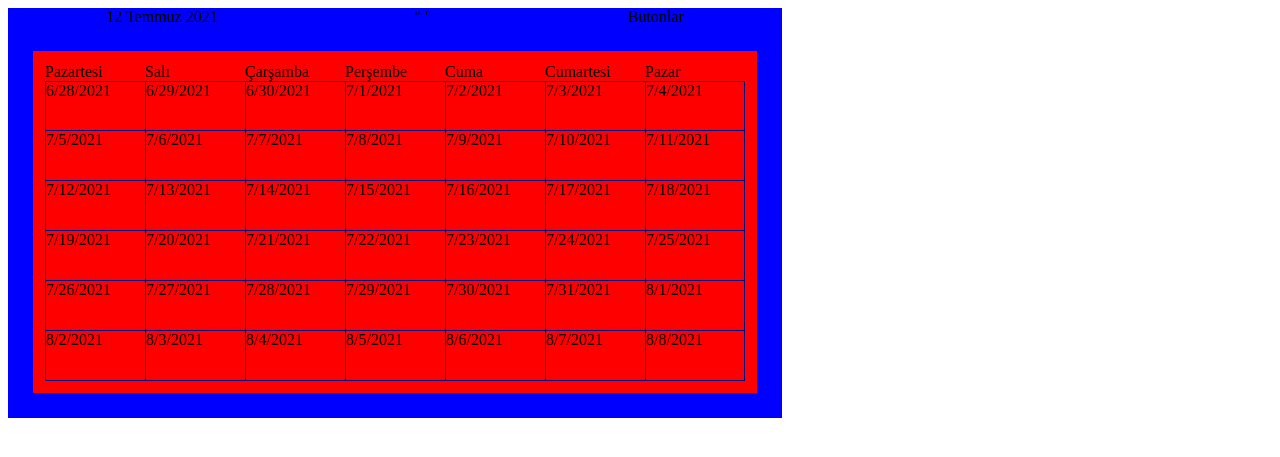
Repository: ahmetbugraozcan/javascript-calendar
Page: tablo.html
An editor plug-in stored every save of this project. The page is shown before and after the next save, followed by the edit.
The browser window is 1280 px wide. The pictures show the whole page.

Above is the page before, as saved 2021-07-13 09:11:14.

### tablo.html
<!DOCTYPE html>
<html lang="en">

<head>
    <meta charset="UTF-8">
    <meta http-equiv="X-UA-Compatible" content="IE=edge">
    <meta name="viewport" content="width=device-width, initial-scale=1.0">
    <title>Document</title>
</head>
<!--pazartesi salı çarş... için arrayler oluştur. arraylere göre günleri yerleştir.-->
<style>
    * {
        box-sizing: border-box;
    }

    .cell-last {
        border-right: 1px solid navy;

    }

    .cell-top {
        border-top: 1px solid navy;
    }

    /* her hücre*/
    .cell,
    .cell-top,
    .cell-last {
        text-overflow: clip;
        white-space: nowrap;
        overflow: hidden;
        border-bottom: 1px solid navy;
        border-left: 1px solid navy;
        width: 100px;
        height: 50px;
    }


    /*tablonun kendisi*/
    .calendar {
        margin: 25px;
        padding: 12px;
        display: flex;
        width: fit-content;
        background-color: red;
    }


    .container {
        background-color: blue;
        display: flex;
        width: fit-content;
        flex-direction: column;
    }

    .test {
        display: flex;
        justify-content: space-around;
    }
</style>

<body>

    <div class="container">

        <div class="test">
            <span id="currentDate">12 Temmuz 2021</span>
            <span id="firstDate">" "</span>
            <span>Butonlar</span>
        </div>
        <div class="calendar">
            <div>
                <div>Pazartesi</div>
                <div class="cell-top" id="pazartesi0">1</div>
                <div class="cell" id="pazartesi1">1</div>
                <div class="cell" id="pazartesi2">1</div>
                <div class="cell" id="pazartesi3">1</div>
                <div class="cell" id="pazartesi4">1</div>
                <div class="cell" id="pazartesi5">1</div>
            </div>
            <div>
                <div>Salı</div>
                <div class="cell-top" id="sali0">1</div>
                <div class="cell" id="sali1">1</div>
                <div class="cell" id="sali2">1</div>
                <div class="cell" id="sali3">1</div>
                <div class="cell" id="sali4">1</div>
                <div class="cell" id="sali5">1</div>
            </div>
            <div>
                <div>Çarşamba</div>
                <div class="cell-top" id="carsamba0">1</div>
                <div class="cell" id="carsamba1">1</div>
                <div id="carsamba2" class="cell">1</div>
                <div id="carsamba3" class="cell">1</div>
                <div id="carsamba4" class="cell">1</div>
                <div id="carsamba5" class="cell">1</div>
            </div>
            <div>
                <div>Perşembe</div>
                <div class="cell-top" id="persembe0">1</div>
                <div class="cell" id="persembe1">1</div>
                <div id="persembe2" class="cell">1</div>
                <div id="persembe3" class="cell">1</div>
                <div id="persembe4" class="cell">1</div>
                <div id="persembe5" class="cell">1</div>
            </div>
            <div>
                <div>Cuma</div>
                <div class="cell-top" id="cuma0">1</div>
                <div class="cell" id="cuma1">1</div>
                <div id="cuma2" class="cell">1</div>
                <div id="cuma3" class="cell">1</div>
                <div id="cuma4" class="cell">1</div>
                <div id="cuma5" class="cell">1</div>
            </div>
            <div>
                <div>Cumartesi</div>
                <div class="cell-top" id="cumartesi0">1</div>
                <div class="cell" id="cumartesi1">1</div>
                <div class="cell" id="cumartesi2">1</div>
                <div class="cell" id="cumartesi3">1</div>
                <div class="cell" id="cumartesi4">1</div>
                <div class="cell" id="cumartesi5">1</div>

            </div>
            <div>
                <div>Pazar</div>
                <div id="pazar0" class="cell-top" style="border-right: 1px solid navy;">1</div>
                <div id="pazar1" class="cell-last">1</div>
                <div id="pazar2" class="cell-last">1</div>
                <div id="pazar3" class="cell-last">1</div>
                <div id="pazar4" class="cell-last">1</div>
                <div id="pazar5" class="cell-last">1</div>
            </div>
        </div>
    </div>
    <script>
        function daysInMonth(month, year) {
            return new Date(year, month, 0).getDate();
        }
        const pazartesi = [];
        const sali = [];
        const carsamba = [];
        const persembe = [];
        const cuma = [];
        const cumartesi = [];
        const pazar = [];
        const gunler = ["pazar", "pazartesi", "sali", "carsamba", "persembe", "cuma", "cumartesi"];




        var baslanacakDate = new Date(2021,6,1);
        var firstDate = baslanacakDate.getDay();
        if(firstDate == 0){
            firstDate = 7;
        }
        baslanacakDate.setDate((baslanacakDate.getDate())- (firstDate) );
        var date = new Date();
        console.log("başlanacak date : " + baslanacakDate);
        console.log("bugün : " + date );

        for (let i = 1; i <= 42; i++) {
            baslanacakDate.setDate((baslanacakDate.getDate())+(1));
             // bir tabloda 42 gün var o ayın kaç çektiğini bul bu aydan geriye kaç sayacağız ona bul bu aydan ileri kaç sayacağız onu bul ve ona göre bir date oluştur.
            //ardından bu for döngüsünü kullan


            switch (baslanacakDate.getDay()) {
                case 0:
                    pazar.push(baslanacakDate.toLocaleDateString());

                    break;
                case 1:
                    pazartesi.push(baslanacakDate.toLocaleDateString()); break;
                case 2:
                    sali.push(baslanacakDate.toLocaleDateString()); break;
                case 3:
                    carsamba.push(baslanacakDate.toLocaleDateString()); break;

                case 4:
                    persembe.push(baslanacakDate.toLocaleDateString()); break;

                case 5:
                    cuma.push(baslanacakDate.toLocaleDateString()); break;

                case 6:
                    cumartesi.push(baslanacakDate.toLocaleDateString()); break;
            }
        }
        for (let i = 0; i < 6; i++) {
            document.getElementById(`pazar${i}`).innerHTML = pazar[i];
            document.getElementById(`pazartesi${i}`).innerHTML = pazartesi[i];
            document.getElementById(`sali${i}`).innerHTML = sali[i];
            document.getElementById(`carsamba${i}`).innerHTML = carsamba[i];
            document.getElementById(`persembe${i}`).innerHTML = persembe[i];
            document.getElementById(`cuma${i}`).innerHTML = cuma[i];
            document.getElementById(`cumartesi${i}`).innerHTML = cumartesi[i];
        }

        // var firstDayOfMonth = date.getDay();
        // var firstDay = gunler[firstDayOfMonth];




        //dateler seçimden gelecek şimdilik elle veriyorum
        // var date = new Date(2021, 5, 1);
        // //o ayın ilk gün değerini tutan değişken.
        // var firstDayOfMonth = date.getDay();
        // let sayac = 0;
        // for (let i = 0; i < 6; i++){
        //     if(i==0){
        //        < var result = gunler.indexOf("pazartesi") - (firstDayOfMonth);>
        //     if(result < 0){
        //         pazartesi[i] = daysInMonth(2021,6) + result;
        //         document.getElementById(`pazartesi${i}`).innerHTML = pazartesi[i];
        //     }else{
        //             pazartesi[i] = result;

        //         document.getElementById(`pazartesi${i}`).innerHTML = pazartesi[i];
        //     }
        //     }else{
        //         var result = pazartesi[i-1] + 7;
        //         if(result > daysInMonth(6,2021)){

        //             if(sayac>=1){
        //                 pazartesi[i] =  result- daysInMonth(6+sayac,2021) ;
        //             }else{
        //                 pazartesi[i] =  result- daysInMonth(6,2021) ;
        //             }
        //             sayac++;
        //             document.getElementById(`pazartesi${i}`).innerHTML = pazartesi[i];
        //         }else{
        //             pazartesi[i] = pazartesi[i-1] + 7;
        //             document.getElementById(`pazartesi${i}`).innerHTML = pazartesi[i];
        //         }
        //     }
        // }



        // setDatesInCalendar("pazartesi");
        // setDatesInCalendar("sali");
        // setDatesInCalendar("carsamba");
        // setDatesInCalendar("persembe");
        // setDatesInCalendar("cuma");
        // setDatesInCalendar("cumartesi");
        // setDatesInCalendar("pazar");

        // function setDatesInCalendar(day) {
        //     let array = [];
        //     switch (day) {
        //         case "pazartesi":
        //             array = pazartesi;
        //             break;
        //         case "sali":
        //             array = sali;
        //             break;
        //         case "carsamba":
        //             array = carsamba;
        //             break;
        //         case "persembe":
        //             array = persembe;
        //             break;
        //         case "cuma":
        //             array = cuma;
        //             break;
        //         case "cumartesi":
        //             array = cumartesi;
        //             break;
        //         case "pazar":
        //             array = pazar;
        //             break;
        //         default:
        //             break;
        //     }
        //     var date = new Date(2021, 6, 1);
        //     document.getElementById("firstDate").innerHTML = date.toLocaleDateString();
        //     //o ayın ilk gün değerini tutan değişken.
        //     var firstDayOfMonth = date.getDay();
        //     let sayac = 0;
        //     for (let i = 0; i < 6; i++) {
        //         if (i == 0) {
        //             var result = gunler.indexOf(`${day}`) - (firstDayOfMonth);
        //             if (result < 0) {
        //                 array[i] = daysInMonth(7,2021) + result;
        //                 document.getElementById(`${day}${i}`).innerHTML = array[i];
        //             } else {
        //                 array[i] = result;
        //                 document.getElementById(`${day}${i}`).innerHTML = array[i];
        //             }
        //         } else {
        //             var result = array[i - 1] + 7;
        //             if (result > daysInMonth(7, 2021)) {
        //                 if (sayac >= 1) {
        //                     //bir sonraki aya göre hesaplar
        //                     array[i] = result - daysInMonth(7+ sayac, 2021);
        //                 } else {
        //                     array[i] = result - daysInMonth(7, 2021);
        //                 }
        //                 sayac++;
        //                 document.getElementById(`${day}${i}`).innerHTML = array[i];
        //             } else {
        //                 array[i] = array[i - 1] + 7;
        //                 document.getElementById(`${day}${i}`).innerHTML = array[i];
        //             }
        //         }
        //     }

        // }
    </script>

    <!-- <script>
        var weekday = new Array(7);

        const pazartesi = [];
        const sali = [];
        const carsamba = [];
        const persembe = [];
        const cuma = [];
        const cumartesi = [];
        const pazar = [];
        //-------------------------
        weekday[0] = "Pazar";
        weekday[1] = "Pazartesi";
        weekday[2] = "Salı";
        weekday[3] = "Çarşamba";
        weekday[4] = "Perşembe";
        weekday[5] = "Cuma";
        weekday[6] = "Cumartesi";
        //-------------------------

        var currentDate = new Date();
        document.getElementById("currentDate").innerHTML = currentDate.toLocaleDateString();
        var firstDayOfMonth = new Date(2021, 6, 1).getDay();
        console.log(firstDayOfMonth);
        switch(weekday[firstDayOfMonth]){
            case weekday[0]:
                pazar.push(1);
                document.getElementById("pazar1").innerHTML =1;
                pazartesi.push(2);
                document.getElementById("pazartesi1").innerHTML =2;
                sali.push(3);
                document.getElementById("sali1").innerHTML =3;
                carsamba.push(4);
                document.getElementById("carsamba1").innerHTML =4;
                persembe.push(5)
                document.getElementById("persembe1").innerHTML =5;
                cuma.push(6);
                document.getElementById("cuma1").innerHTML =6;
                cumartesi.push(7);
                document.getElementById("cumartesi1").innerHTML =7;

                console.log("Pazar");
            case weekday[1]:
                console.log("Pazartesi");
            case weekday[2]:
                console.log("Salı");
            case weekday[3]:
                console.log("Çarşamba");
            case weekday[4]:
                console.log("Perşembe");
                pazar.push(1);
                document.getElementById("persembe1").innerHTML =1;
                pazartesi.push(2);
                document.getElementById("cuma1").innerHTML =2;
                sali.push(3)
                document.getElementById("cumartesi1").innerHTML =3;
                carsamba.push(4);
                document.getElementById("pazar1").innerHTML =4;
                persembe.push(5)
                document.getElementById("pazartesi2").innerHTML =5;
                cuma.push(6);
                document.getElementById("sali2").innerHTML =6;
                cumartesi.push(7);
                document.getElementById("carsamba2").innerHTML =7;

            case weekday[5]:
                console.log("Cuma");
            case weekday[6]:
                console.log("Cumartesi");
            default:
                console.log("Default + " +  weekday[firstDayOfMonth]);


        }


        // document.getElementById("firstDate").innerHTML = weekday[firstDayOfMonth.getDay()];
    </script> -->
</body>

</html>

After the next save:
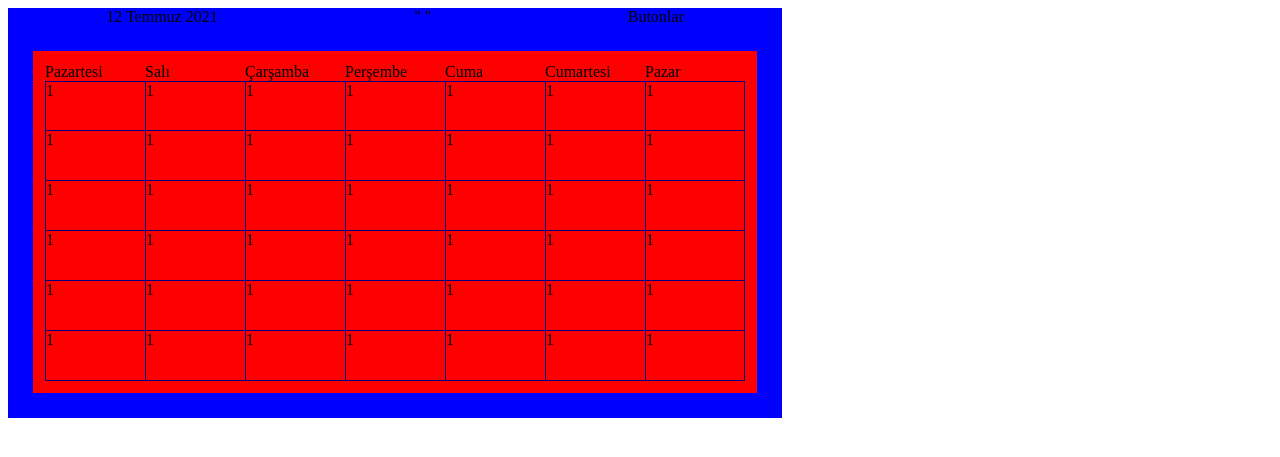
Console error: ReferenceError: Day is not defined
Saved 5 min 29 s later.
--- a/tablo.html
+++ b/tablo.html
@@ -157,15 +157,18 @@
             firstDate = 7;
         }
         baslanacakDate.setDate((baslanacakDate.getDate())- (firstDate) );
-        var date = new Date();
-        console.log("başlanacak date : " + baslanacakDate);
-        console.log("bugün : " + date );
+        var today = new Date();
+        var dateWithOutTime = new Day(date.getFullYear(), date.getMonth(), date.getDate());
+
+
 
         for (let i = 1; i <= 42; i++) {
             baslanacakDate.setDate((baslanacakDate.getDate())+(1));
              // bir tabloda 42 gün var o ayın kaç çektiğini bul bu aydan geriye kaç sayacağız ona bul bu aydan ileri kaç sayacağız onu bul ve ona göre bir date oluştur.
             //ardından bu for döngüsünü kullan
-
+            if(today == dateWithOutTime){
+                console.log("bugün eşitlendi : " + i);
+            }
 
             switch (baslanacakDate.getDay()) {
                 case 0:

After the 3 saves that followed:
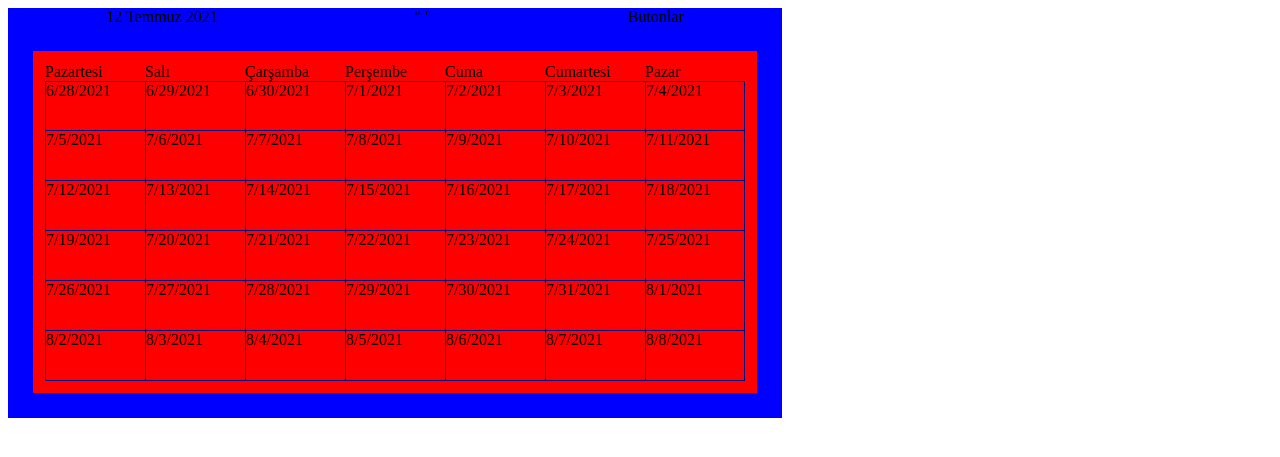
The error is gone.
The 3 saves are shown as one change because 2 left the picture as it was.
The last was saved 57 s later.
--- a/tablo.html
+++ b/tablo.html
@@ -158,7 +158,7 @@
         }
         baslanacakDate.setDate((baslanacakDate.getDate())- (firstDate) );
         var today = new Date();
-        var dateWithOutTime = new Day(date.getFullYear(), date.getMonth(), date.getDate());
+        var todayWithoutTime = new Date(today.getFullYear(), today.getMonth(), today.getDate());
 
 
 
@@ -166,7 +166,7 @@
             baslanacakDate.setDate((baslanacakDate.getDate())+(1));
              // bir tabloda 42 gün var o ayın kaç çektiğini bul bu aydan geriye kaç sayacağız ona bul bu aydan ileri kaç sayacağız onu bul ve ona göre bir date oluştur.
             //ardından bu for döngüsünü kullan
-            if(today == dateWithOutTime){
+            if(today == todayWithoutTime){
                 console.log("bugün eşitlendi : " + i);
             }
 
